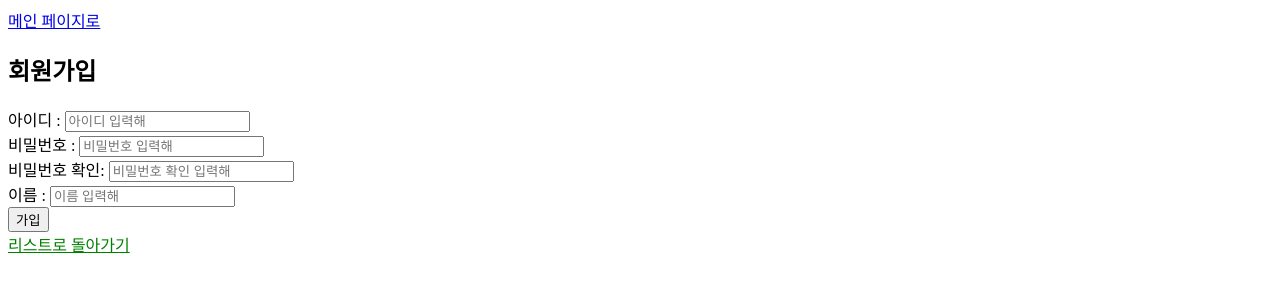
Repository: yeosang0508/JSP_AM_2024_08
Page: http://localhost/JSP_AM_2024_08/jsp/member/login.jsp
The author's editor kept a copy of each file at every save. The page is drawn from the files as they stood at one save, then again after the next save.
The browser window is 1280 px wide. The pictures show the whole page.
The page is served by Tomcat 10. Nobody is signed in. The application's start-up code is not run. Other server files are loaded and not shown.

Above is the page before, as saved 2024-08-08 16:20:36.

### JSP_AM_2024_08/src/main/webapp/jsp/member/login.jsp
<%@page import="java.util.List"%>
<%@page import="java.util.Map"%>

<%@ page language="java" contentType="text/html; charset=UTF-8"
	pageEncoding="UTF-8"%>

<!DOCTYPE html>
<html>
<head>
<meta charset="UTF-8">
<title>회원가입</title>
</head>
<body>

	<a href="../home/main">메인 페이지로 </a>

	<h2>회원가입</h2>

	<script type="text/javascript">
		function JoinForm__submit(form) {

			let loginId = form.loginId.value.trim();
			let loginPw = form.loginPw.value.trim();
			let loginPwConfirm = form.loginPwConfirm.value.trim();
			let name = form.name.value.trim();
			if (loginId.length == 0) {
				alert('아이디 써');
				return;
			}
			if (loginPw.length == 0) {
				alert('비번 써');
				return;
			}
			if (loginPwConfirm.length == 0) {
				alert('비번 확인 써');
				return;
			}
			if (loginPw != loginPwConfirm) {
				alert('비번 일치 x');
				form.loginPw.focus();
				return;
			}
			if (name.length == 0) {
				alert('이름 써');
				return;
			}

			form.submit();
		}
	</script>

	<!-- 	<a onclick="if(confirm('진짜 이동???') == false) return false;" href="https://www.naver.com" target="_blank">네이버</a> -->

	<form method="POST" action="doJoin"
		onsubmit="JoinForm__submit(this); return false;">
		<div>
			아이디 : <input autocomplete="off" type="text" placeholder="아이디 입력해"
				name="loginId" />
		</div>
		<div>
			비밀번호 : <input autocomplete="off" type="text" placeholder="비밀번호 입력해"
				name="loginPw" />
		</div>
		<div>
			비밀번호 확인: <input autocomplete="off" type="text"
				placeholder="비밀번호 확인 입력해" name="loginPwConfirm" />
		</div>
		<div>
			이름 : <input autocomplete="off" type="text" placeholder="이름 입력해"
				name="name" />
		</div>
		<button type="submit">가입</button>
	</form>


	<div>
		<a style="color: green" href="list">리스트로 돌아가기</a>
	</div>

</body>
</html>

After the next save:
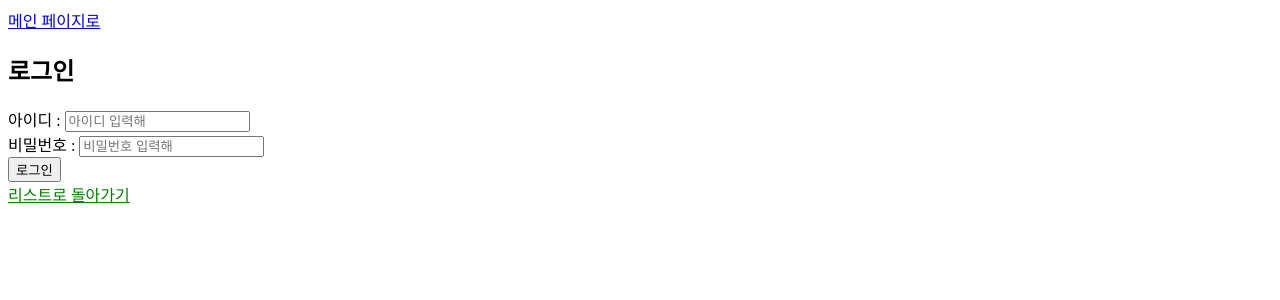
Saved 56 s later.
--- a/JSP_AM_2024_08/src/main/webapp/jsp/member/login.jsp
+++ b/JSP_AM_2024_08/src/main/webapp/jsp/member/login.jsp
@@ -8,21 +8,18 @@
 <html>
 <head>
 <meta charset="UTF-8">
-<title>회원가입</title>
+<title>로그인</title>
 </head>
 <body>
 
 	<a href="../home/main">메인 페이지로 </a>
 
-	<h2>회원가입</h2>
+	<h2>로그인</h2>
 
 	<script type="text/javascript">
-		function JoinForm__submit(form) {
-
+		function LoginForm__submit(form) {
 			let loginId = form.loginId.value.trim();
 			let loginPw = form.loginPw.value.trim();
-			let loginPwConfirm = form.loginPwConfirm.value.trim();
-			let name = form.name.value.trim();
 			if (loginId.length == 0) {
 				alert('아이디 써');
 				return;
@@ -31,28 +28,13 @@
 				alert('비번 써');
 				return;
 			}
-			if (loginPwConfirm.length == 0) {
-				alert('비번 확인 써');
-				return;
-			}
-			if (loginPw != loginPwConfirm) {
-				alert('비번 일치 x');
-				form.loginPw.focus();
-				return;
-			}
-			if (name.length == 0) {
-				alert('이름 써');
-				return;
-			}
-
 			form.submit();
 		}
 	</script>
 
-	<!-- 	<a onclick="if(confirm('진짜 이동???') == false) return false;" href="https://www.naver.com" target="_blank">네이버</a> -->
 
-	<form method="POST" action="doJoin"
-		onsubmit="JoinForm__submit(this); return false;">
+	<form method="POST" action="doLogin"
+		onsubmit="LoginForm__submit(this); return false;">
 		<div>
 			아이디 : <input autocomplete="off" type="text" placeholder="아이디 입력해"
 				name="loginId" />
@@ -61,15 +43,7 @@
 			비밀번호 : <input autocomplete="off" type="text" placeholder="비밀번호 입력해"
 				name="loginPw" />
 		</div>
-		<div>
-			비밀번호 확인: <input autocomplete="off" type="text"
-				placeholder="비밀번호 확인 입력해" name="loginPwConfirm" />
-		</div>
-		<div>
-			이름 : <input autocomplete="off" type="text" placeholder="이름 입력해"
-				name="name" />
-		</div>
-		<button type="submit">가입</button>
+		<button type="submit">로그인</button>
 	</form>
 
 
